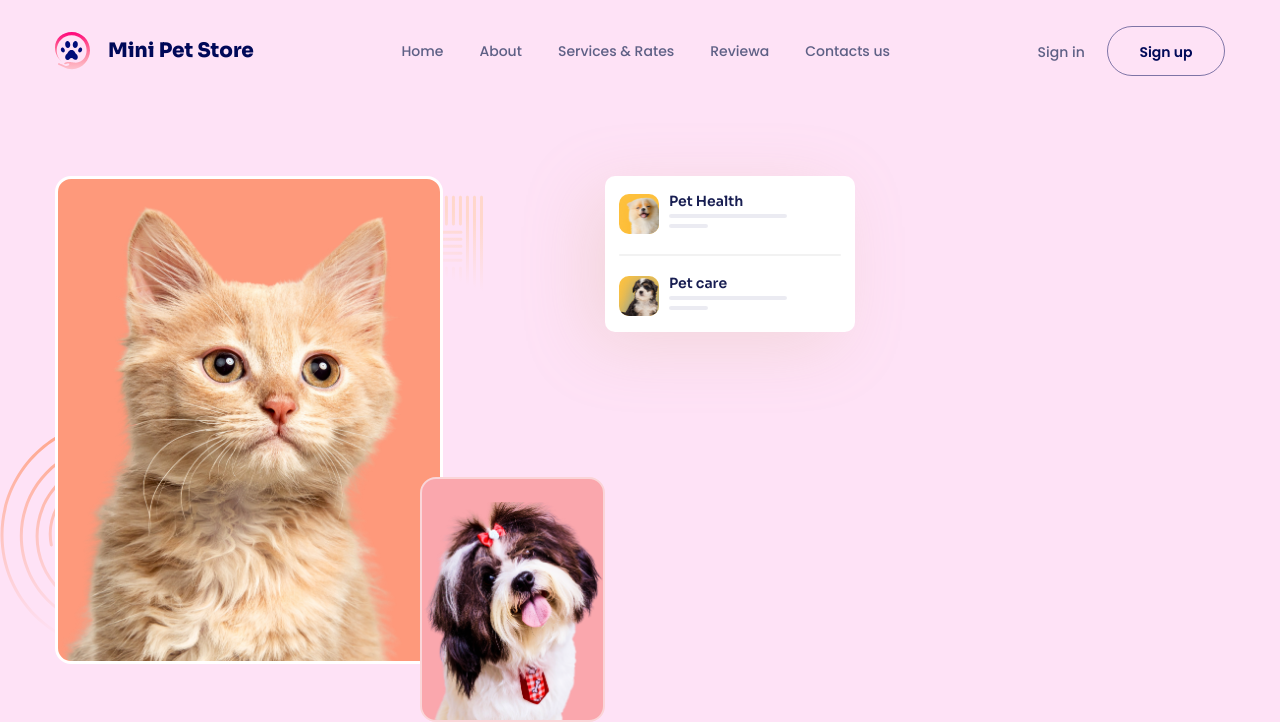
Repository: Tran-Dat/ASM-HTML5-F8-04
Page: index.html
These files come from the project's save history. The page is drawn as it stood at one moment and after the next save; the edit follows.
The browser window is 1280 px wide. The pictures show the whole page.

Above is the page before, as saved 2023-06-12 16:35:07.

After the next save:
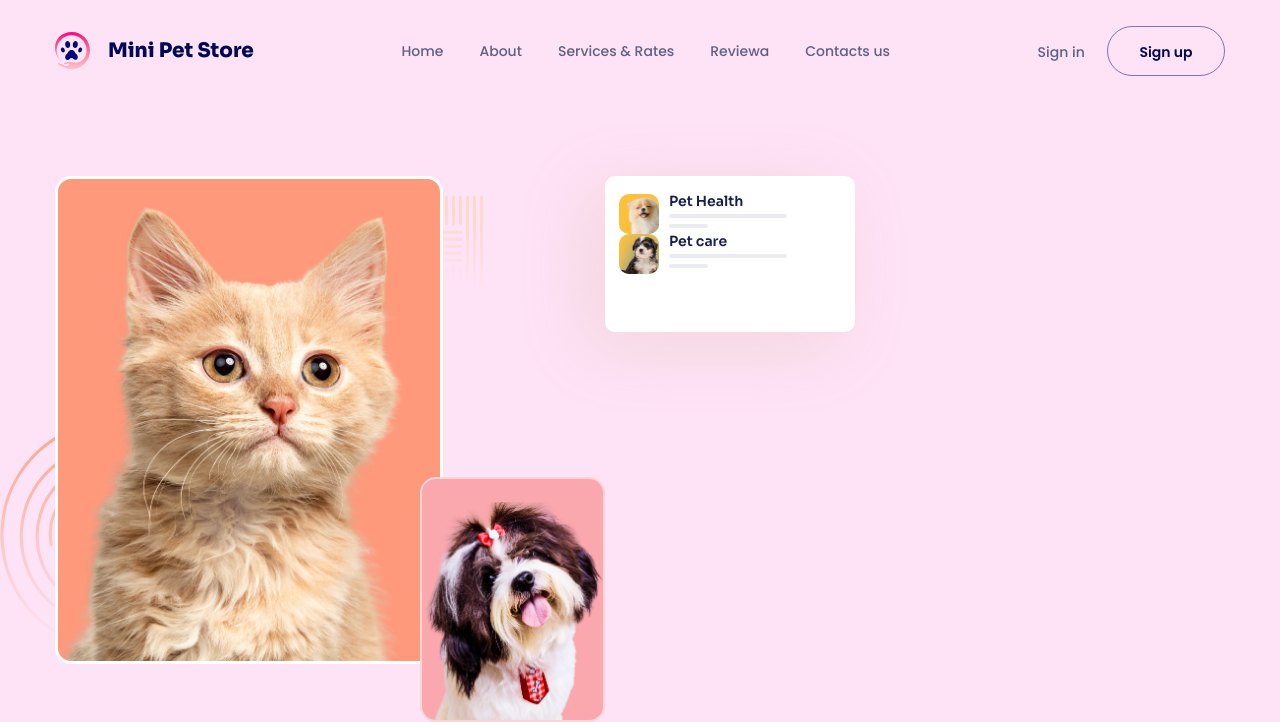
Saved 5 s later.
--- a/index.html
+++ b/index.html
@@ -199,7 +199,7 @@
                                 </div>
                             </div>
 
-                            <div class="hero-list-item__separate"></div>
+                            <span class="hero-list-item__separate"></span>
 
                             <!-- hero list item 2 -->
                             <div class="hero-list-item">
